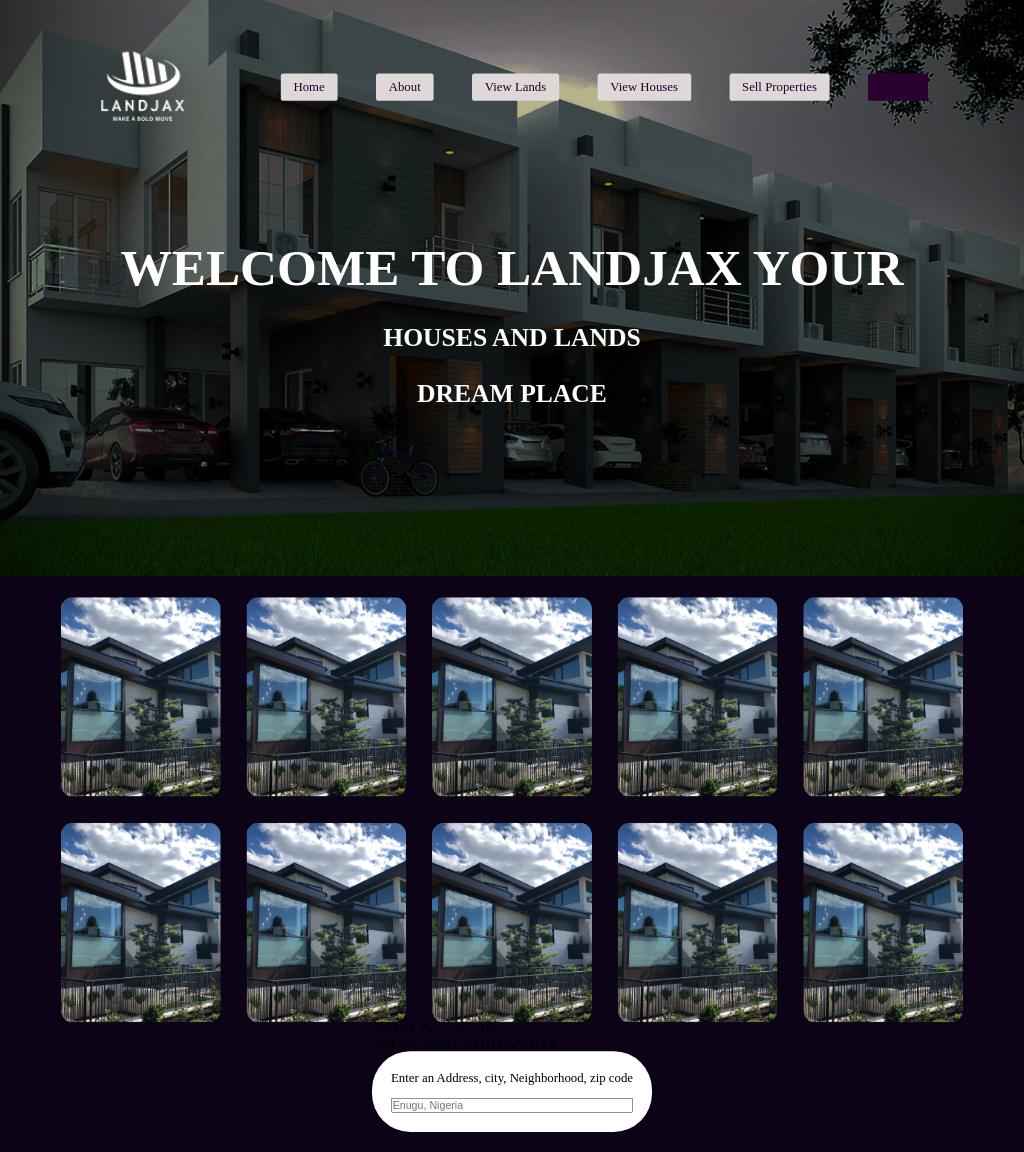
Repository: NorVirae/landjax-frontend
Page: /
These files come from the project's save history. The page is drawn as it stood at one moment and after the next save; the edit follows.
The browser window is 1280 px wide. The pictures show the whole page, at 80% of full size.
The project was rebuilt for these pictures with package versions that can differ from the ones it lists, and the page was loaded fresh each time. The framework's server and built-in components were replaced by stand-ins that run in the browser. Also part of the build but not shown: next.config.js.

Above is the page before, as saved 2022-07-02 16:12:31.

### pages/_app.tsx
import '../src/styles/Landing.css'
import '../src/styles/Global.css'


import type { AppProps } from 'next/app'

function MyApp({ Component, pageProps }: AppProps) {
  return <Component {...pageProps} />
}

export default MyApp

### pages/index.tsx
import type { NextPage } from 'next'
import Head from 'next/head'
import Image from 'next/image'
import Navbar from '../src/components/Navbar'
import HouseImg from '../src/assets/24.png'

const Home = () => {
  return (
    <div>
      <Head>
        <title>Land Jax</title>
        <meta name="description" content="Generated by create next app" />
        <link rel="icon" href="/favicon.ico" />
      </Head>


      <main>
        <section className='carousel__container'>
          <Navbar />

          <div className='carousel__welcome-screen'>
            <h2 className='carousel__welcome-text'>WELCOME TO LANDJAX YOUR</h2>
            <h3 className='carousel__house-lands'>HOUSES AND LANDS</h3>
            <h4 className='carousel__dream-place'>DREAM PLACE</h4>

          </div>

        </section>

        <section className='house__preview'>

          <div className='house__preview-inner'>
            <Image src={HouseImg} height={"250rem"} objectFit={"cover"} width="200rem" className='house__image-preview'/>
            <Image src={HouseImg} height={"250rem"} objectFit={"cover"} width="200rem" className='house__image-preview'/>
            <Image src={HouseImg} height={"250rem"} objectFit={"cover"} width="200rem" className='house__image-preview'/>
            <Image src={HouseImg} height={"250rem"} objectFit={"cover"} width="200rem" className='house__image-preview'/>
            <Image src={HouseImg} height={"250rem"} objectFit={"cover"} width="200rem" className='house__image-preview'/>
            <Image src={HouseImg} height={"250rem"} objectFit={"cover"} width="200rem" className='house__image-preview'/>
            <Image src={HouseImg} height={"250rem"} objectFit={"cover"} width="200rem" className='house__image-preview'/>
            <Image src={HouseImg} height={"250rem"} objectFit={"cover"} width="200rem" className='house__image-preview'/>
            <Image src={HouseImg} height={"250rem"} objectFit={"cover"} width="200rem" className='house__image-preview'/>
            <Image src={HouseImg} height={"250rem"} objectFit={"cover"} width="200rem" className='house__image-preview'/>

          </div>

          <section>
            <p> WHERE DO YOU LIVE?</p>
            <p> GET AN ASSET WITH <span>LANDJAX</span></p>

            <div className='house__form-group'>
              <label className='house__form-label'>Enter an Address, city, Neighborhood, zip code</label>
              <input className="" placeholder='Enugu, Nigeria' />
            </div>

          </section>

        </section>


      </main>

      <footer>

      </footer>
    </div>
  )
}

export default Home

### src/styles/Landing.css
.carousel__container{
    background-repeat: no-repeat;
    background-image: url('../assets/1.png');
    background-size: cover;
    height: 100vh;
    width: 100vw;
}
.navbar{
    display: flex;
    justify-content: space-around;
    padding: 4rem;
    align-items: center;
}


.navbar .nav {
    display: flex;
    text-decoration: none;
    list-style: none;
    gap: 3rem;
}

.navbar .nav a{

}

.navbar__nav-link{
    /* padding: 3rem 2rem; */
    color: #25012C;
}

.navbar__nav-item{
    background-color: #DED8D9;
    color: #25012C;
    padding: .5rem 1rem;
    border-radius: .2rem;

}

.sign-in{
    background-color: #290230;
    color: #DFDDDF!important;

}

.carousel__welcome-screen{
    padding: 5rem 3rem;
    color: white;
    display: flex;
    justify-content: center;
    align-items: center;
    flex-direction: column;
    gap: 2rem;
}


.carousel__welcome-text{
    font-size: 4rem;
}
.carousel__house-lands{
    font-size: 2rem;
}
.carousel__dream-place{
    font-size: 2rem;
}


.house__preview{
    height: 100vh;
    width: 100vw;
    display: flex;
    justify-content: center;
    align-items: center;
    display: flex;
    flex-direction: column;
    background-color: #0D0316;
    position: relative;

}

.house__preview-inner{
    display: grid;
    gap: 2rem;
    grid-template-columns: repeat(5, 1fr);

}

.house__preview-overlay{
    background-color: #0000007e;
    height: 100vh;
    width: 100vw;
    position: absolute;
    left: 0%;
    top: 0%;
    z-index: 2;
}

.house__image-preview{
    border-radius: 1rem;
}

.house__intro {
    display: flex;
    justify-content: center;
    align-items: center;
    flex-direction: column;
    gap: 2rem;
    position: absolute;
    color: white;
    z-index: 3;
}

.house__live{
    font-size: 3rem;
}

.house__asset{
    font-size: 1.2rem;
}

.house__land-annouce{
    font-weight: 900;
    font-size: 1.3rem;
}

.house__form-group{
    background-color: white;
    border: 1rem;
    padding: 1.5rem;
    border-radius: 3rem;
    display: flex;
    flex-direction: column;
    gap: 1rem;
    width: 100%;
}

.house__form-label{
    color: black;
}

.house__form-control{
    border: none;
}

.house__form-control:focus{
    outline: none;
}

.house__btn-ecom-container{
    display: flex;
    gap: 2rem;
}

.house__btn-buy-prop{
    padding: 1rem 1.5rem;
    border-radius: 1rem;
    color: #470C76;

}

.house__btn-sell-prop{
    padding: 1rem 1.5rem;
    border-radius: 1rem;
    color: #E1E2E2;
    background-color: transparent;
    border: .1rem solid #E1E2E2;

}

.future__container{
    width: 100vw;
    background-color: #0C0215;
    padding: 2rem 3rem;

    display: flex;
    justify-content: center;
    align-items: center;
    flex-direction: column;
    gap: 2rem;
}

.future__header{
    color: white;
    display: flex;
    align-items: center;
    gap: 3rem;
    padding: 3rem 7rem;
}


.future__prop-text{
    font-size: 3rem;

}
.future__btn-prop{
    font-size: 1.2rem;
    padding: 1rem 3rem;
    background-color: #2B0549;
    color: white;
    border: none;
}
.future__houses-card-container{
    display: grid;
    grid-template-columns: repeat(3, 1fr);
    gap: 2rem;
    margin: auto 3rem;
    max-width: 60rem;
}

.future__house-card{
    display: flex;
    flex-direction: column;
    color: white;
    border-top-left-radius: 2rem;
    border-top-right-radius: 2rem;
    height: 100%;
    background-color: #ffff;
    position: relative;

}

.future__card-img{
    border-top-left-radius: 2rem;
    border-top-right-radius: 2rem;

}

.future__card-body{
    display: flex;
    flex-direction: column;
    color: #000;
    gap: 1rem;
    padding: 2rem;
}

.future__card-title{
    font-weight: 900;
    font-size: 1.5rem;
}

.future__card-price{
    font-size: 1.4rem;
    font-weight: 900;
}

.future__card-desc{
    font-size: 1rem;
}

.future__profile-container{
    display: flex;
    align-items: center;
    gap: 1rem;

}
.future__profile-img{
    border-radius: 100%;
}

.future__btn-sale{
    background-color: #5E4D7C;
    color: #EBE9EF;
    padding: .3rem 1rem;
    border-radius: .3rem;
    position: absolute;
    border: none;
    font-size: .9rem;
    right: 5%;
    top: 5%;
    z-index: 2;
}

.explore__market-container{
    display: flex;
    gap: 4rem;
    justify-content: space-around;
    background-image: url(../assets//16.png);
}

### src/styles/Global.css
* {
    padding: 0;
    margin: 0;
    box-sizing: border-box;
}

a {
    text-decoration: none;
}

### src/components/Navbar.tsx
import Link from "next/link";
import React from "react";
import Image from "next/image";
import Logo from "../assets/logo.png"

const Navbar:React.FC = ({}) => {

    return (
        <nav className="navbar">
            <Link href="#">
                <Image className="navbar_brand" src={Logo} width="120rem" objectFit="contain" height="90rem" />
            </Link>
            <ul className="nav">
                <li className="navbar__nav-item">
                    <Link href={"/"}>
                        <a className={"navbar__nav-link"}>
                            Home
                        </a>
                    </Link>
                </li>

                <li className="navbar__nav-item">
                    <Link href={"/"}>
                        <a className={"navbar__nav-link"}>
                            About
                        </a>
                    </Link>
                </li>

                <li className="navbar__nav-item">
                    <Link href={"/view/lands"}>
                        <a className={"navbar__nav-link"}>
                            View Lands
                        </a>
                    </Link>
                </li>

                <li className="navbar__nav-item">
                    <Link href={"/view/houses"}>
                        <a className={"navbar__nav-link"}>
                            View Houses
                        </a>
                    </Link>
                </li>

                <li className="navbar__nav-item">
                    <Link href={"/sell/properties"}>
                        <a className={"navbar__nav-link"}>
                            Sell Properties
                        </a>
                    </Link>
                </li>

                <li className="navbar__nav-item sign-in">
                    <Link href={"/login"}>
                        <a className={"navbar__nav-link"}>
                            Log In
                        </a>
                    </Link>
                </li>
            </ul>
        </nav>
    )

}

export default Navbar;

After the next save:
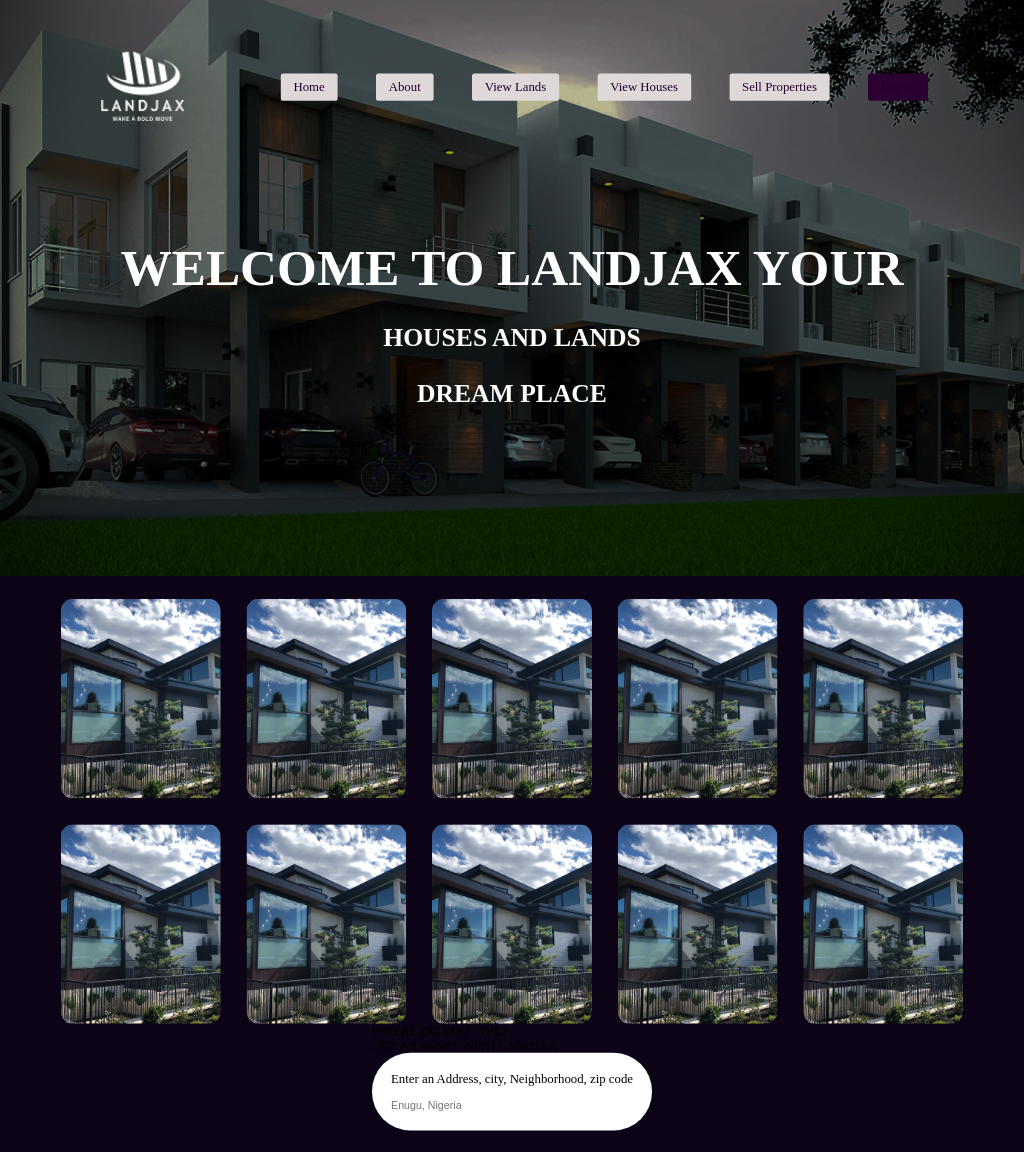
Saved 9 s later.
--- a/pages/index.tsx
+++ b/pages/index.tsx
@@ -49,7 +49,7 @@ const Home = () => {
 
             <div className='house__form-group'>
               <label className='house__form-label'>Enter an Address, city, Neighborhood, zip code</label>
-              <input className="" placeholder='Enugu, Nigeria' />
+              <input className="house__form-control" placeholder='Enugu, Nigeria' />
             </div>
 
           </section>
